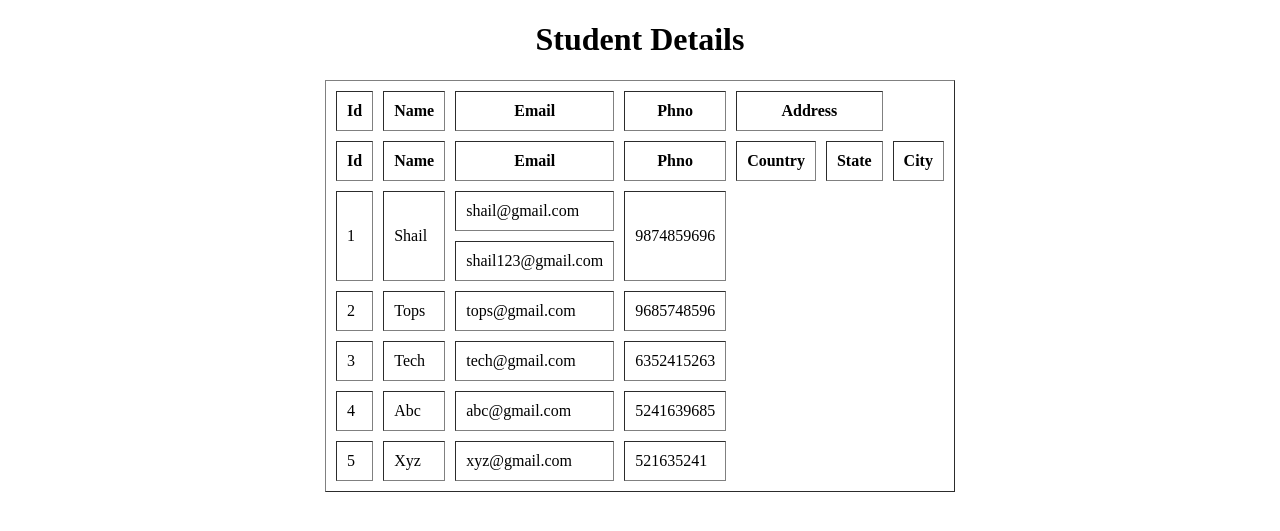
Repository: Chintan-elite/Java_Shail
Page: Learning_web/src/main/webapp/Table.html
The author's editor kept a copy of each file at every save. The page is drawn from the files as they stood at one save, then again after the next save.
The browser window is 1280 px wide. The pictures show the whole page.

Above is the page before, as saved 2023-09-11 11:51:22.

After the next save:
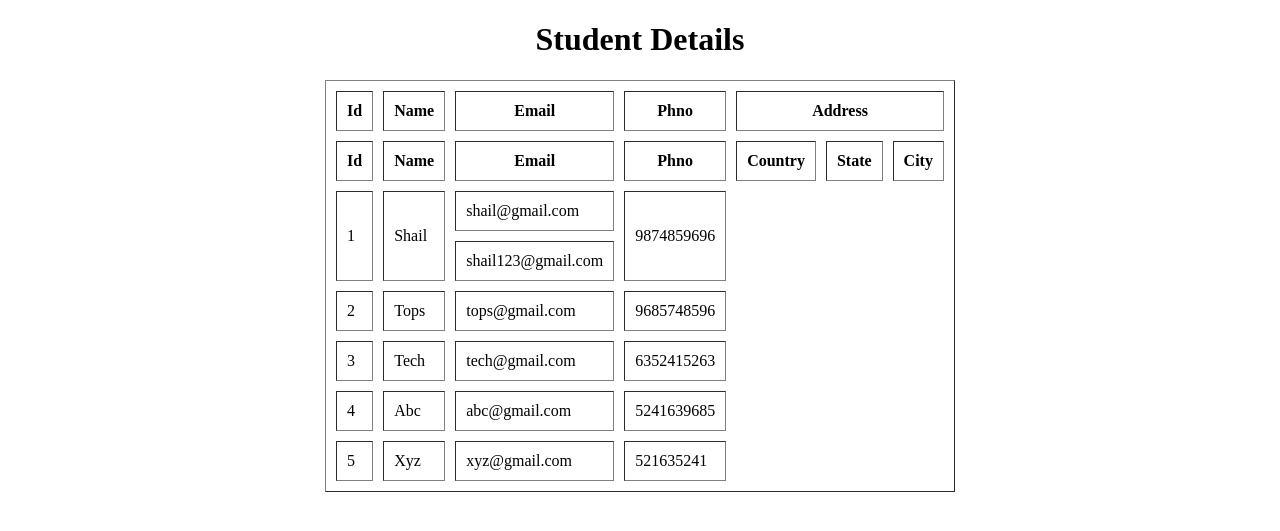
Saved 29 s later.
--- a/Learning_web/src/main/webapp/Table.html
+++ b/Learning_web/src/main/webapp/Table.html
@@ -13,7 +13,7 @@
 			<th>Name</th>
 			<th>Email</th>
 			<th>Phno</th>
-			<th colspan="2">Address</th>
+			<th colspan="3">Address</th>
 		</tr>
 
 		<tr>
